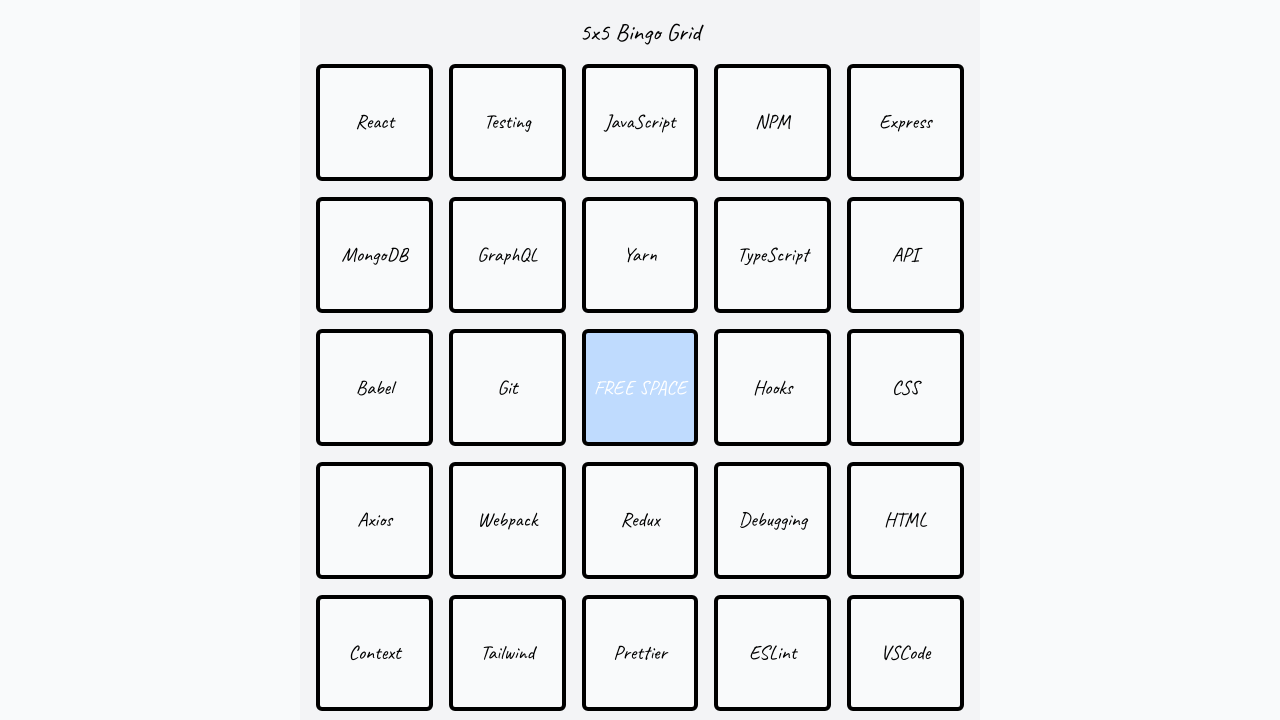
Repository: yassirbn/football-bingo
Page: /
These files come from the project's save history. The page is drawn as it stood at one moment and after the next save; the edit follows.
The browser window is 1280 px wide. The pictures show the whole page.
The project was rebuilt for these pictures with package versions that can differ from the ones it lists, and the page was loaded fresh each time.

Above is the page before, as saved 2024-11-26 17:23:46.

After the next save:
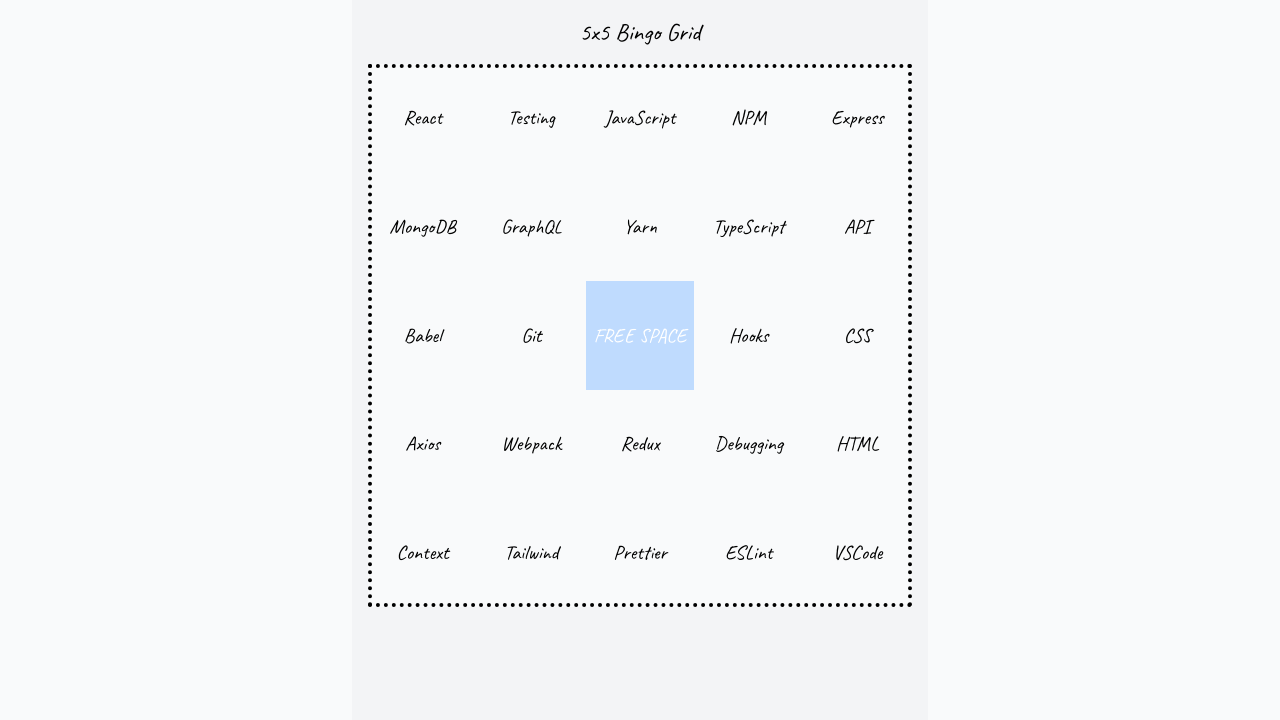
Saved 2 min 34 s later.
--- a/src/component/BingoGrid/BingoGrid.js
+++ b/src/component/BingoGrid/BingoGrid.js
@@ -53,16 +53,18 @@ const BingoGrid = ({ words }) => {
         </div>
       )}
       <h1 className="text-center text-2xl font-hand mb-4">5x5 Bingo Grid</h1>
-      <div
-        className="grid gap-4"
-        style={{
-          gridTemplateColumns: `repeat(${gridSize}, minmax(50px, 1fr))`,
-        }}
-      >
-        {gridWords.map((word, index) => (
-          <div
-            key={index}
-            className={`flex items-center justify-center text-center font-medium font-hand aspect-square p-2
+      <div className="relative">
+        {/* Grid Container */}
+        <div
+          className="grid grid-cols-5 grid-rows-5 relative w-full max-w-screen-sm"
+          style={{
+            gap: "0", // No gaps between cells
+          }}
+        >
+          {gridWords.map((word, index) => (
+            <div
+              key={index}
+              className={`flex items-center justify-center text-center font-medium font-hand aspect-square p-2
               ${
                 selectedCells[index]
                   ? "bg-blue-200 text-white"
@@ -71,17 +73,23 @@ const BingoGrid = ({ words }) => {
               ${
                 word === "FREE SPACE" ? "cursor-default font-bold" : "cursor-pointer"
               }
-              border-black border-4 rounded-md relative
-              transition-transform duration-200 ease-in-out ${
+              relative transition-transform duration-200 ease-in-out ${
                 word !== "FREE SPACE" ? "hover:-rotate-[3deg] hover:scale-105" : ""
               }`}
-            onClick={() => handleCellClick(index)}
-          >
-            <span className="break-words text-sm sm:text-base md:text-lg lg:text-xl">
-              {word}
-            </span>
-          </div>
-        ))}
+              onClick={() => handleCellClick(index)}
+            >
+              <span className="break-words text-sm sm:text-base md:text-lg lg:text-xl">
+                {word}
+              </span>
+            </div>
+          ))}
+        </div>
+
+        {/* Border for the grid */}
+        <div
+          className="absolute inset-0 border-black border-4 border-dotted"
+          aria-hidden="true"
+        ></div>
       </div>
     </div>
   );
